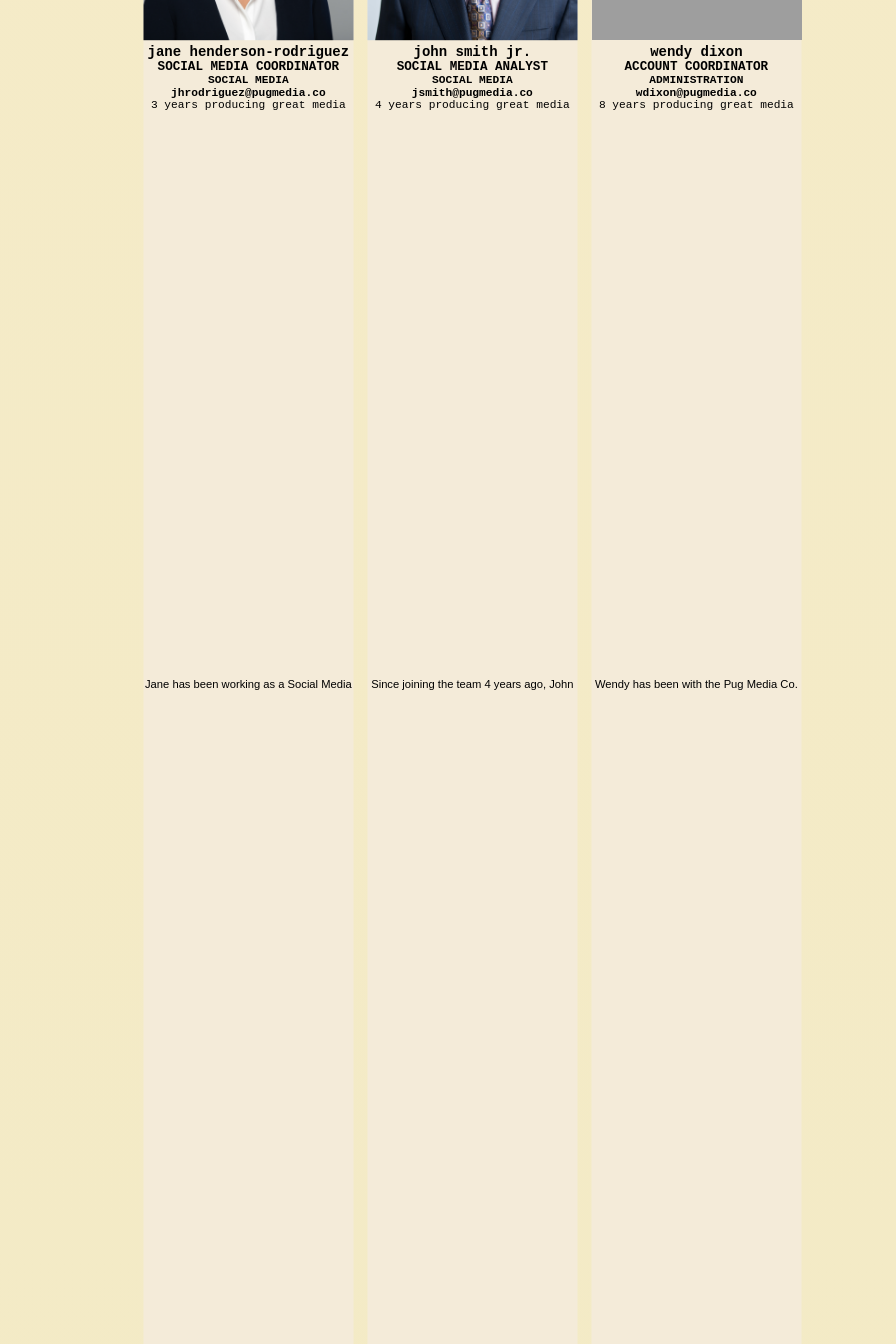
Repository: cheungglenda/MDIA2109-Week3
Page: /about
These files come from the project's save history. The page is drawn as it stood at one moment and after the next save; the edit follows.
The browser window is 1280 px wide. The pictures show the part of the page from y = 499 to 2419 px (the page is 13590 px tall before and 2070 px after), at 70% of full size.
Pictures or frames that could not be fetched are drawn as grey boxes. The project was rebuilt for these pictures with package versions that can differ from the ones it lists, and the page was loaded fresh each time. The framework's server and built-in components were replaced by stand-ins that run in the browser. Also part of the build but not shown: next.config.js.

Above is the page before, as saved 2023-01-20 13:09:35.

### pages/about.js
import Head from 'next/head'
import { Inter } from '@next/font/google'
import styles from '@/styles/Home.module.css'
import aboutData from '../data/about.json'
import { useState } from 'react'
import EmployeeCard  from '../components/EmployeeCard'
import Link from 'next/link'

export default function About() {

    const [aboutEmployees, setAboutEmployees] = useState([...aboutData])
    console.log(aboutData)
    return (
   <>
      <Head>
        <title>Meet the Employees</title>
        <meta name="description" content="Meet the Employees" />
        <meta name="viewport" content="width=device-width, initial-scale=1" />
        <link rel="icon" href="/favicon.ico" />
      </Head>
      <main className={styles.main}>
        <div className={styles.buttons}>
      <Link href="/" className={styles.links}>Home</Link>
      <Link href="/about" className={styles.links}>About</Link>
      <Link href="/" className={styles.links}>Contact</Link>
      </div>

      <div className={styles.meetTitle}>Meet the Employees</div>
      <div className={styles.titleDesc}>We have some of the greatest media professionals here at Pug Media Co. Get to know some of them below!</div>

        <div className={styles.grid}>
          <div className={styles.employees}>
          {aboutEmployees && aboutEmployees.map((info, index) => {
            if(info.firstName.toLowerCase() === "jane") {
            return (
              <EmployeeCard
              key={index}
              firstname={info.firstName}
              lastname={info.lastName}
              jobtitle={info.jobTitle}
              department={info.department}
              contact={info.contact}
              yearsworked={info.yearsWorked}
              description={info.description}
              color="#F4EBD9" font="16px"/>
            )
          }
          })}

          {aboutEmployees && aboutEmployees.map((info, index) => {
            if(info.firstName.toLowerCase() === "john") {
            return (
              <EmployeeCard
              key={index}
              firstname={info.firstName}
              lastname={info.lastName}
              jobtitle={info.jobTitle}
              department={info.department}
              contact={info.contact}
              yearsworked={info.yearsWorked}
              description={info.description}
              color="#F4EBD9" font="16px"/>
            )
          }
          })}

          {aboutEmployees && aboutEmployees.map((info, index) => {
            if(info.firstName.toLowerCase() === "wendy") {
            return (
              <EmployeeCard
              key={index}
              firstname={info.firstName}
              lastname={info.lastName}
              jobtitle={info.jobTitle}
              department={info.department}
              contact={info.contact}
              yearsworked={info.yearsWorked}
              description={info.description}
              color="#F4EBD9" font="16px"/>
            )
          }
          })}
          </div>
        </div>
      </main>
    </>
  )
}

### styles/Home.module.css
.main {
  display: flex;
  flex-direction: column;
  justify-content: space-between;
  align-items: center;
  padding: 6rem;
  font-family:arial;
  min-height: 100vh;
  background-image: linear-gradient(rgb(245, 235, 200), rgb(236, 232, 188));

}

.buttons {
  display: flex;
  flex-direction:row;
  justify-content: space-evenly;
  margin-bottom:3%;
}

.links:hover {
  text-decoration:underline;
}

.links {
  font-size: 18px;
  max-width: var(--max-width);
  width: 100%;
  font-weight:900;
  font-family: 'Courier New', Courier, monospace;
  text-transform:lowercase;
  padding-left:10%;
}

.description {
  display: inherit;
  justify-content: inherit;
  align-items: inherit;
  font-size: 15px;
  max-width: var(--max-width);
  width: 100%;
  font-family: var(--font-mono);
}

.description a {
  display: flex;
  justify-content: center;
  align-items: center;
  gap: 0.5rem;
}

.description p {
  position: relative;
  margin: 0;
  padding: 1rem;
  background-color: rgba(var(--callout-rgb), 0.5);
  border: 1px solid rgba(var(--callout-border-rgb), 0.3);
  border-radius: var(--border-radius);
}

.code {
  font-weight: 700;
  font-family: var(--font-mono);
}

.meetTitle {
  font-size: 50px;
  font-weight:700;
  text-transform:lowercase;
  font-family:'Courier New', Courier, monospace;
  text-align:center;
}

.grid {
  display: flex;
  justify-content:center;
  width: var(--max-width);
  max-width: 100%;
  align-items:center;
  flex: 1;
}

.card {
  padding: 1rem 1.2rem;
  border-radius: var(--border-radius);
  background: rgba(var(--card-rgb), 0);
  border: 1px solid rgba(var(--card-border-rgb), 0);
  transition: background 200ms, border 200ms;
}

.card span {
  display: inline-block;
  transition: transform 200ms;
}

.info {
  font-family:Arial, Helvetica, sans-serif;
}

.card h2 {
  font-weight: 600;
  margin-bottom: 0.7rem;
}

.card p {
  margin: 0;
  opacity: 0.6;
  font-size: 0.9rem;
  line-height: 1.5;
  max-width: 30ch;
}


.employees {
  display:flex;
  gap:20px;
  width: 80%;
  text-align:center;
  font-family:'Courier New', Courier, monospace;
}

.titleDesc {
  font-size:16px;
  margin-bottom:3%;
}

.center {
  display: flex;
  justify-content: center;
  align-items: center;
  position: relative;
  padding: 4rem 0;
}

.center::before {
  background: var(--secondary-glow);
  border-radius: 50%;
  width: 480px;
  height: 360px;
  margin-left: -400px;
}

.center::after {
  background: var(--primary-glow);
  width: 240px;
  height: 180px;
  z-index: -1;
}

.center::before,
.center::after {
  content: '';
  left: 50%;
  position: absolute;
  filter: blur(45px);
  transform: translateZ(0);
}

.logo,
.thirteen {
  position: relative;
}

.thirteen {
  display: flex;
  justify-content: center;
  align-items: center;
  width: 75px;
  height: 75px;
  padding: 25px 10px;
  margin-left: 16px;
  transform: translateZ(0);
  border-radius: var(--border-radius);
  overflow: hidden;
  box-shadow: 0px 2px 8px -1px #0000001a;
}

.thirteen::before,
.thirteen::after {
  content: '';
  position: absolute;
  z-index: -1;
}

/* Conic Gradient Animation */
.thirteen::before {
  animation: 6s rotate linear infinite;
  width: 200%;
  height: 200%;
  background: var(--tile-border);
}

/* Inner Square */
.thirteen::after {
  inset: 0;
  padding: 1px;
  border-radius: var(--border-radius);
  background: linear-gradient(
    to bottom right,
    rgba(var(--tile-start-rgb), 1),
    rgba(var(--tile-end-rgb), 1)
  );
  background-clip: content-box;
}

/* Enable hover only on non-touch devices */
@media (hover: hover) and (pointer: fine) {
  .card:hover {
    background: rgba(var(--card-rgb), 0.1);
    border: 1px solid rgba(var(--card-border-rgb), 0.15);
  }

  .card:hover span {
    transform: translateX(4px);
  }
}

@media (prefers-reduced-motion) {
  .thirteen::before {
    animation: none;
  }

  .card:hover span {
    transform: none;
  }
}

/* Mobile */
@media (max-width: 700px) {
  .content {
    padding: 4rem;
  }

  .grid {
    grid-template-columns: 1fr;
    margin-bottom: 120px;
    max-width: 320px;
    text-align: center;
  }

  .card {
    padding: 1rem 2.5rem;
  }

  .card h2 {
    margin-bottom: 0.5rem;
  }

  .center {
    padding: 8rem 0 6rem;
  }

  .center::before {
    transform: none;
    height: 300px;
  }

  .description {
    font-size: 0.8rem;
  }

  .description a {
    padding: 1rem;
  }

  .description p,
  .description div {
    display: flex;
    justify-content: center;
    position: fixed;
    width: 100%;
  }

  .description p {
    align-items: center;
    inset: 0 0 auto;
    padding: 2rem 1rem 1.4rem;
    border-radius: 0;
    border: none;
    border-bottom: 1px solid rgba(var(--callout-border-rgb), 0.25);
    background: linear-gradient(
      to bottom,
      rgba(var(--background-start-rgb), 1),
      rgba(var(--callout-rgb), 0.5)
    );
    background-clip: padding-box;
    backdrop-filter: blur(24px);
  }

  .description div {
    align-items: flex-end;
    pointer-events: none;
    inset: auto 0 0;
    padding: 2rem;
    height: 200px;
    background: linear-gradient(
      to bottom,
      transparent 0%,
      rgb(var(--background-end-rgb)) 40%
    );
    z-index: 1;
  }
}

/* Tablet and Smaller Desktop */
@media (min-width: 701px) and (max-width: 1120px) {
  .grid {
    grid-template-columns: repeat(2, 50%);
  }
}

@media (prefers-color-scheme: dark) {
  .vercelLogo {
    filter: invert(1);
  }

  .logo,
  .thirteen img {
    filter: invert(1) drop-shadow(0 0 0.3rem #ffffff70);
  }
}

@keyframes rotate {
  from {
    transform: rotate(360deg);
  }
  to {
    transform: rotate(0deg);
  }
}

### data/about.json
[
    {
        "firstName": "Jane",
        "lastName": "Henderson-Rodriguez",
        "department": "Social Media",
        "jobTitle": "Social Media Coordinator",
        "contact": "jhrodriguez@pugmedia.co",
        "yearsWorked": 3,
        "description": "Jane has been working as a Social Media Coordinator at Pug Media Co. for 3 years now. She quickly became an integral part of the team. In her free time, Jane enjoys trying out new brunch spots and going for walks with her dog, Dog."

    },
    {
        "firstName": "John",
        "lastName": "Smith jr.",
        "department": "Social Media",
        "jobTitle": "Social Media Analyst",
        "contact": "jsmith@pugmedia.co",
        "yearsWorked": 4,
        "description": "Since joining the team 4 years ago, John has quickly laddered into the role of Social Media Analyst. His efforts have helped the company's SEO tremendously by streamlining efficency and helping optimize the usage of the internet. Outside of work, John is an avid tennis player and a huge fan of Serena Williams."

    },
    {
        "firstName": "Wendy",
        "lastName": "Dixon",
        "department": "Administration",
        "jobTitle": "Account Coordinator",
        "contact": "wdixon@pugmedia.co",
        "yearsWorked": 8,
        "description": "Wendy has been with the Pug Media Co. since its inception. She plays an integral role in ensuring that all office operations and administration are working smoothly. In her free time, Wendy enjoys going to different coffee shops and catching up on reading."

    }
]

### components/EmployeeCard/index.js
export default function EmployeeCard({
    firstname = "none",
    lastname = "none",
    department = "none",
    jobtitle = "none",
    yearsworked = 0,
    description = "none",
    contact = "none",
    color = "pink",
    font = "O",
    image = "icon/personTwo.png"
}) {
    return (
        <div style={{backgroundColor: color, fontSize: 16}}>
            {
                firstname === "Jane" ? <img style={{objectFit: "cover"}} src={'headshots/photo3.jpeg'} width="300" height="300"/> :
                firstname === "John" ? <img style={{objectFit: "cover"}} src={'headshots/photo1.jpeg'} width="300" height="300"/> :
                firstname === "Wendy" ? <img style={{objectFit: "cover"}} src={'headshots/photo2.jpeg'} width="300" height="300"/> :
                <img src={image} width="300"/>
            }

            <h1 style={{textTransform: "lowercase", fontSize: 20}}>{firstname} {lastname}</h1>
            <h1 style={{textTransform: "lowercase", fontSize: 20}}></h1>
            <h2 style={{fontFamily:"'Courier New', Courier, monospace", textTransform: "uppercase", fontSize: 18}}>{jobtitle}</h2>
            <h3 style={{fontFamily:"'Courier New', Courier, monospace", textTransform: "uppercase", fontSize: 16, fontweight:200}}>{department}</h3>
            <h3 style={{fontFamily:"'Courier New', Courier, monospace", textTransform: "lowercase", fontSize: 16, fontweight:500}}>{contact}</h3>
            <h4 style={{textTransform:"lowercase", fontSize:16, fontWeight:100}}>{yearsworked} years producing great media</h4><br></br>
            <p style={{fontFamily: "Arial, Helvetica, sans-serif", lineHeight:100}}>{description}</p><br></br>
        </div>
    )
}

Loaded but not shown: pages/_app.js (common file); pages/_document.js (common file); pages/api/hello.js (common file); styles/globals.css (common file)

After the next save:
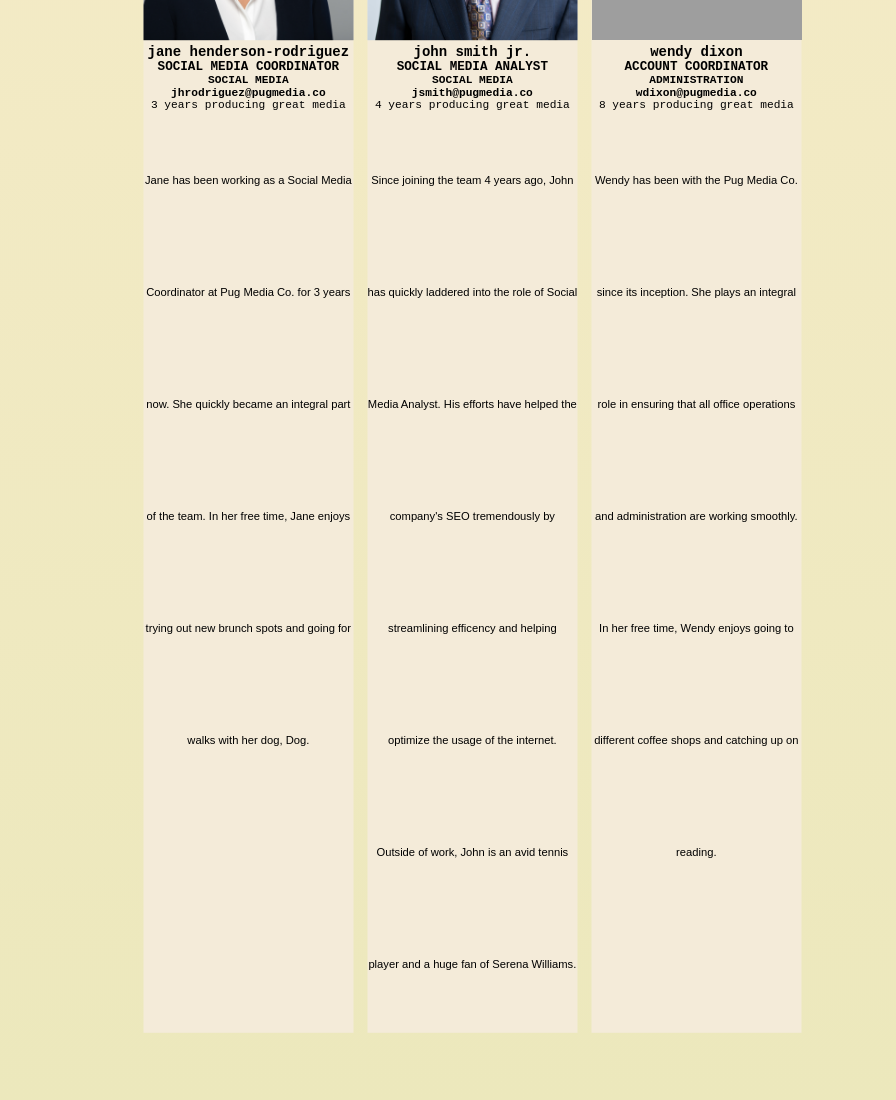
Saved 5 s later.
--- a/components/EmployeeCard/index.js
+++ b/components/EmployeeCard/index.js
@@ -25,7 +25,7 @@ export default function EmployeeCard({
             <h3 style={{fontFamily:"'Courier New', Courier, monospace", textTransform: "uppercase", fontSize: 16, fontweight:200}}>{department}</h3>
             <h3 style={{fontFamily:"'Courier New', Courier, monospace", textTransform: "lowercase", fontSize: 16, fontweight:500}}>{contact}</h3>
             <h4 style={{textTransform:"lowercase", fontSize:16, fontWeight:100}}>{yearsworked} years producing great media</h4><br></br>
-            <p style={{fontFamily: "Arial, Helvetica, sans-serif", lineHeight:100}}>{description}</p><br></br>
+            <p style={{fontFamily: "Arial, Helvetica, sans-serif", lineHeight:10}}>{description}</p><br></br>
         </div>
     )
 }
